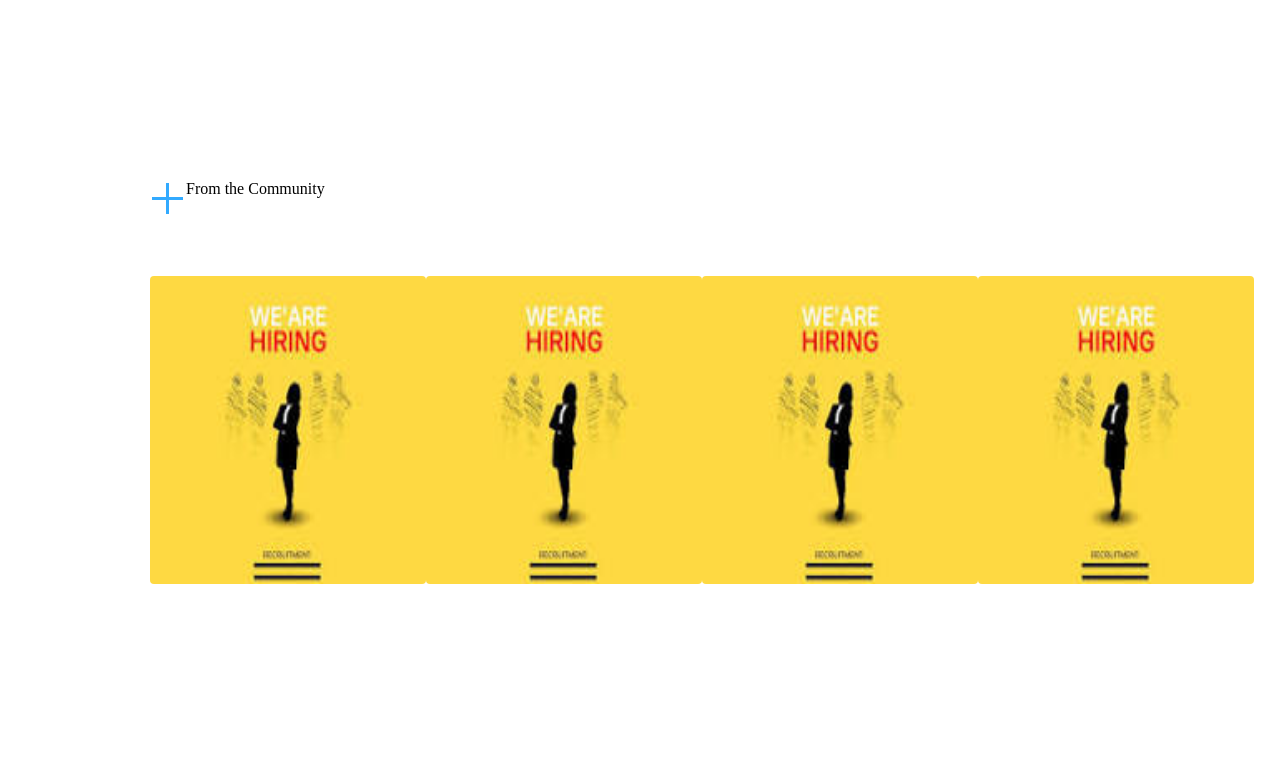
Repository: shekharyadav638/OSL_Assignment_1
Page: index.html
An editor plug-in stored every save of this project. The page is shown before and after the next save, followed by the edit.
The browser window is 1280 px wide. The pictures show the whole page.
The style sheet was rebuilt from its Sass, Less or Tailwind sources for each picture, by a compiler version that may differ from the author's.

Above is the page before, as saved 2024-07-13 15:25:47.

After the next save:
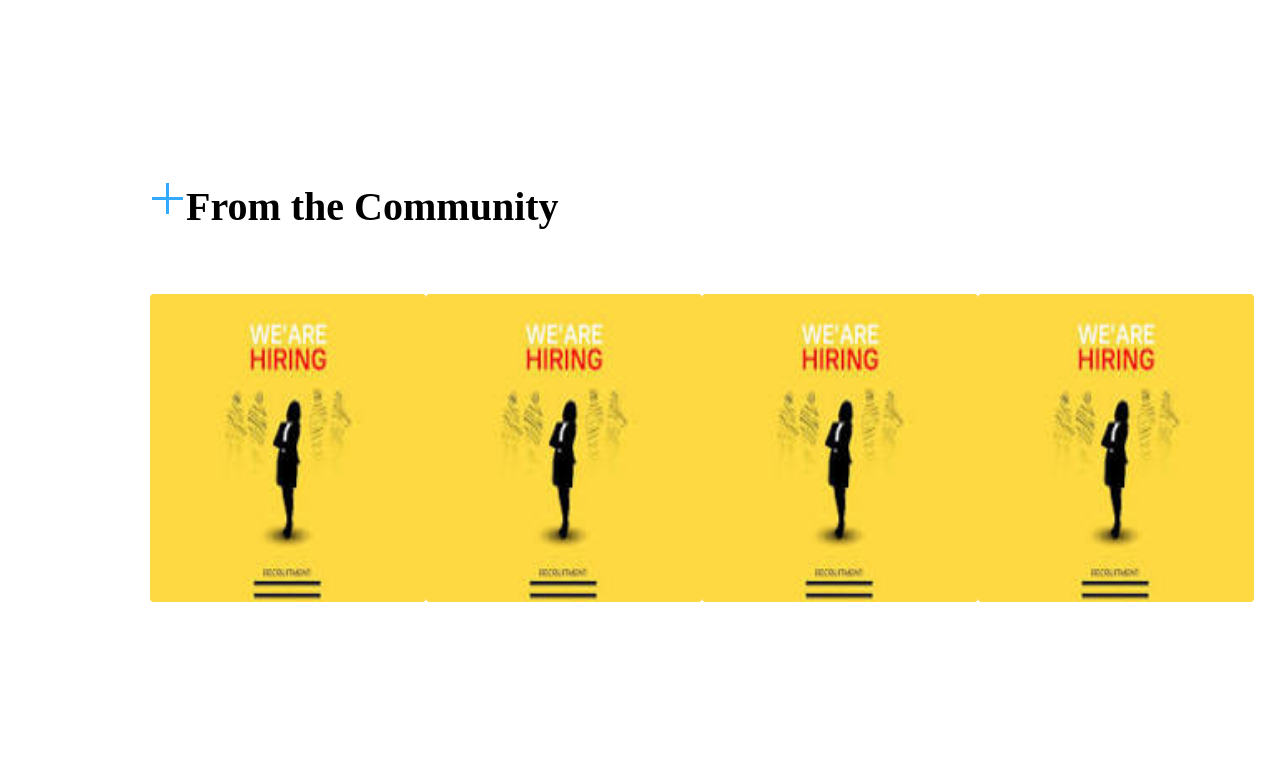
Saved 11 s later.
--- a/_hiring.scss
+++ b/_hiring.scss
@@ -6,6 +6,10 @@
     margin-bottom: 60px;
 
     &_heading {
+      font: normal normal bold 40px/54px Adobe Caslon Pro;
+      letter-spacing: 0px;
+      color: #000000;
+      opacity: 1;
     }
   }
 
